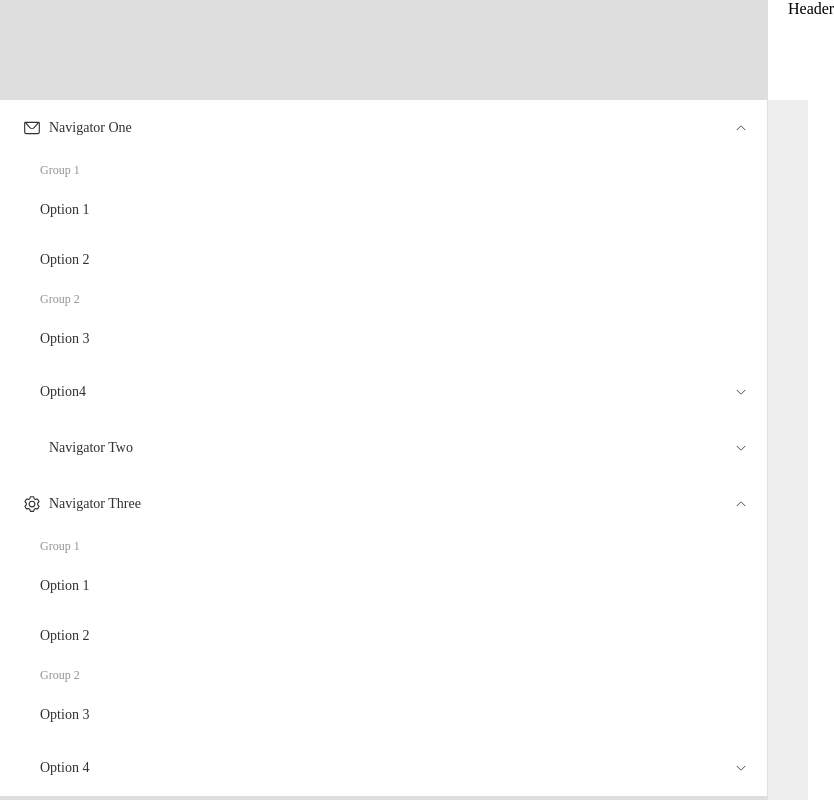
Repository: secret47/test-office-demo
Page: /dashboard
An editor plug-in stored every save of this project. The page is shown before and after the next save, followed by the edit.
The browser window is 768 px wide. The page is 834 px wide, then 768 px, so the pictures cover 834 px, including what lies to the right of the window. The pictures show the whole page.
The project was rebuilt for these pictures with package versions that can differ from the ones it lists, and the page was loaded fresh each time. Also part of the build but not shown: vite.config.js, src/layouts/components/menu.vue.

Above is the page before, as saved 2024-10-28 16:34:24.

After the next save:
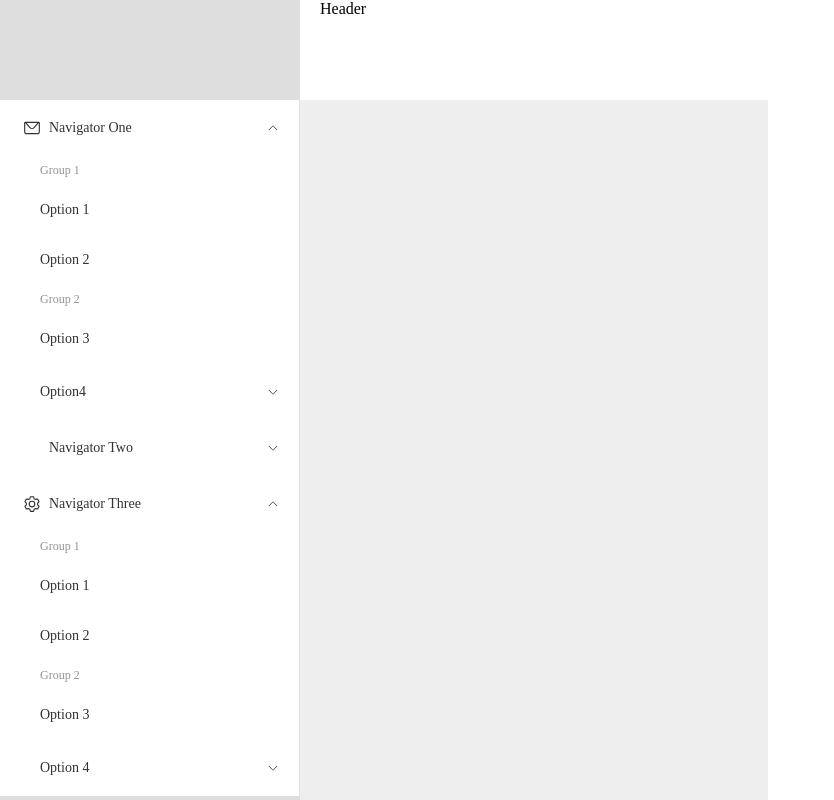
Saved 29 s later.
--- a/src/layouts/index.vue
+++ b/src/layouts/index.vue
@@ -80,21 +80,6 @@ import menu from './components/menu.vue';
     width: 100%;
     height: 100%;
 
-    @media (max-width: 768px) {
-
-        // 在小屏幕设备上调整布局
-        .side {
-            width: 100%;
-            height: auto;
-            background: #dedede;
-        }
-
-        .container {
-            width: 100%;
-            height: 100%;
-        }
-    }
-
     .el-container {
         width: 100%;
         height: 100%;
